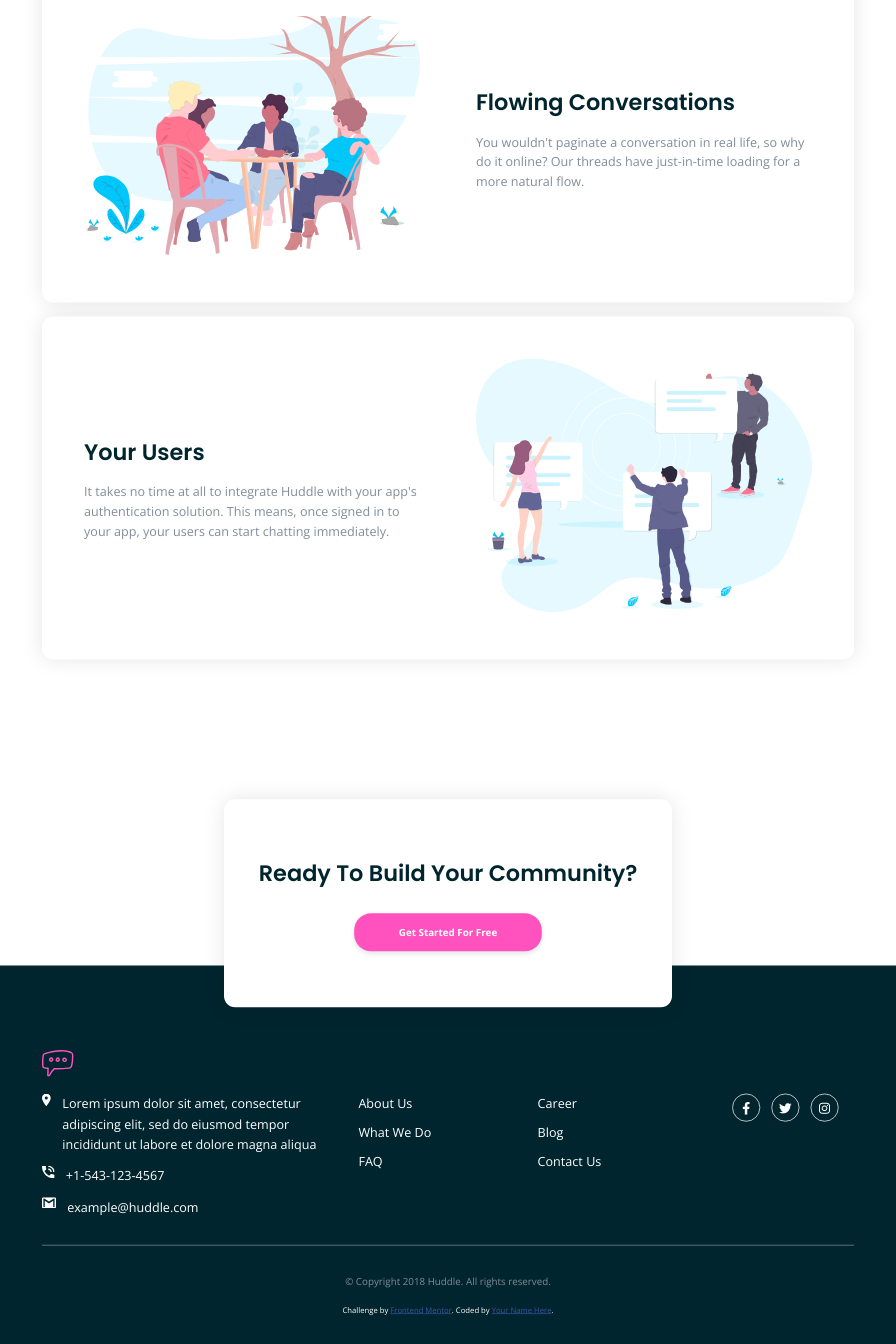
Repository: blordeus/huddle-landing-page
Page: index.html
An editor plug-in stored every save of this project. The page is shown before and after the next save, followed by the edit.
The browser window is 1280 px wide. The pictures show the part of the page from y = 1385 to 3305 px (the page is 3305 px tall), at 70% of full size.

Above is the page before, as saved 2025-07-01 11:21:25.

### index.html
<!DOCTYPE html>
<html lang="en">
<head>
  <meta charset="UTF-8">
  <meta name="viewport" content="width=device-width, initial-scale=1.0">
  <link rel="icon" type="image/png" sizes="32x32" href="./images/favicon-32x32.png">
  <title>Frontend Mentor | Huddle landing page with alternating feature blocks</title>

  <!-- Google Fonts -->
  <link rel="preconnect" href="https://fonts.googleapis.com">
  <link rel="preconnect" href="https://fonts.gstatic.com" crossorigin>
  <link href="https://fonts.googleapis.com/css2?family=Poppins:wght@600&family=Open+Sans:wght@400;700&display=swap" rel="stylesheet">
  <link rel="stylesheet" type="text/css" href="styles.css" />

  <!-- Font Awesome for social icons -->
  <link rel="stylesheet" href="https://cdnjs.cloudflare.com/ajax/libs/font-awesome/6.0.0/css/all.min.css">
</head>

<body>
  <!-- Header -->
  <header class="header">
    <div class="container">
      <div class="header-content">
        <img src="./images/logo.svg" alt="Logo">
        <a href="#" class="btn btn-outline">Try It Free</a>
      </div>
    </div>
  </header>

  <!-- Hero Section -->
  <section class="hero">
    <div class="container">
      <div class="hero-content">
        <div class="hero-text">
          <h1>Build The Community Your Fans Will Love</h1>
          <p>Huddle re-imagines the way we build communities. You have a voice, but so does your audience. Create connections with your users as you engage in genuine discussion.</p>
          <a href="#" class="btn">Get Started For Free</a>
        </div>
        <div class="hero-image">
          <img src="./images/illustration-mockups.svg" alt="Desktop and mobile chat interface showing community conversations">
        </div>
      </div>
    </div>
  </section>

  <!-- Features Section -->
  <section class="features">
    <div class="container">
      <div class="feature">
        <div class="feature-content">
          <h2>Grow Together</h2>
          <p>Generate meaningful discussions with your audience and build a strong, loyal community. Think of the insightful conversations you miss out on with a feedback form.</p>
        </div>
        <div class="feature-image">
          <img src="./images/illustration-grow-together.svg" alt="Illustration of people having meaningful conversations and building community">
        </div>
      </div>

      <div class="feature">
        <div class="feature-content">
          <h2>Flowing Conversations</h2>
          <p>You wouldn't paginate a conversation in real life, so why do it online? Our threads have just-in-time loading for a more natural flow.</p>
        </div>
        <div class="feature-image">
          <img src="./images/illustration-flowing-conversation.svg" alt="Illustration of natural flowing conversation interface with seamless chat threads">
        </div>
      </div>

      <div class="feature">
        <div class="feature-content">
          <h2>Your Users</h2>
          <p>It takes no time at all to integrate Huddle with your app's authentication solution. This means, once signed in to your app, your users can start chatting immediately.</p>
        </div>
        <div class="feature-image">
          <img src="./images/illustration-your-users.svg" alt="Illustration showing easy user authentication and immediate chat access">
        </div>
      </div>
    </div>
  </section>

  <!-- Call to Action -->
  <section class="cta">
    <div class="container">
      <h2>Ready To Build Your Community?</h2>
      <a href="#" class="btn">Get Started For Free</a>
    </div>
  </section>

  <!-- Footer -->
  <footer class="footer">
    <div class="container">
      <a href="#" class="footer-logo">
            <img src="./images/logo.svg" alt="">
          </a>
      <div class="footer-content">
        <div class="footer-info">
          <div class="contact-info">
            <div class="contact-item">
              <img src="./images/icon-location.svg" alt="">
              <p>Lorem ipsum dolor sit amet, consectetur adipiscing elit, sed do eiusmod tempor incididunt ut labore et dolore magna aliqua</p>
            </div>
            <div class="contact-item">
              <img src="./images/icon-phone.svg" alt="">
              <p>+1-543-123-4567</p>
            </div>
            <div class="contact-item">
              <img src="./images/icon-email.svg" alt="">
              <p>example@huddle.com</p>
            </div>
          </div>
        </div>

        <div class="footer-links">
          <a href="#">About Us</a>
          <a href="#">What We Do</a>
          <a href="#">FAQ</a>
        </div>

        <div class="footer-links">
          <a href="#">Career</a>
          <a href="#">Blog</a>
          <a href="#">Contact Us</a>
        </div>

        <div class="social-icons">
          <a href="#" class="social-icon" aria-label="Facebook">
            <i class="fab fa-facebook-f"></i>
          </a>
          <a href="#" class="social-icon" aria-label="Twitter">
            <i class="fab fa-twitter"></i>
          </a>
          <a href="#" class="social-icon" aria-label="Instagram">
            <i class="fab fa-instagram"></i>
          </a>
        </div>
      </div>

      <div class="copyright">
        <p>&copy; Copyright 2018 Huddle. All rights reserved.</p>
      </div>
    </div>

    <p class="attribution">
      Challenge by <a href="https://www.frontendmentor.io?ref=challenge" target="_blank">Frontend Mentor</a>.
      Coded by <a href="#">Your Name Here</a>.
    </p>
  </footer>
</body>
</html>

### styles.css
    * {
      margin: 0;
      padding: 0;
      box-sizing: border-box;
    }

    body {
      font-family: 'Open Sans', sans-serif;
      font-size: 18px;
      line-height: 1.6;
      color: hsl(192, 100%, 9%);
    }

    .container {
      max-width: 1200px;
      margin: 0 auto;
      padding: 0 20px;
    }

    /* Header */
    .header {
      background: hsl(193, 100%, 96%);
      padding: 24px 0;
    }

    .header-content {
      display: flex;
      justify-content: space-between;
      align-items: center;
    }

    .header-content img {
      height: 40px;
    }

    .btn {
      background: hsl(322, 100%, 66%);
      color: white;
      border: none;
      padding: 12px 48px;
      border-radius: 24px;
      font-family: 'Open Sans', sans-serif;
      font-weight: 700;
      font-size: 14px;
      cursor: pointer;
      text-decoration: none;
      display: inline-block;
      transition: opacity 0.3s ease;
      box-shadow: 0 4px 8px rgba(0, 0, 0, 0.1);
    }

    .btn:hover {
      opacity: 0.8;
    }

    .btn-outline {
      background: white;
      box-shadow: 0 4px 8px rgba(0, 0, 0, 0.1);
      color: #00252E;
    }

    .btn-outline:hover {
      color: #808E9A;
    }

    /* Hero Section */
    .hero {
      background: hsl(199, 100%, 96%);
      background-image: url('./images/bg-hero.svg');
      background-size: cover;
      background-position: center;
      padding: 80px 0 120px;
    }

    .hero-content {
      display: grid;
      grid-template-columns: 1fr 1fr;
      gap: 80px;
      align-items: center;
    }

    .hero-text h1 {
      font-family: 'Poppins', sans-serif;
      font-weight: 600;
      font-size: 48px;
      line-height: 1.2;
      margin-bottom: 24px;
      color: hsl(192, 100%, 9%);
    }

    .hero-text p {
      font-size: 18px;
      color: hsl(192, 100%, 9%);
      margin-bottom: 32px;
      line-height: 1.6;
    }

    .hero-image {
      text-align: center;
    }

    .hero-image img {
      max-width: 100%;
      height: auto;
    }

    /* Features Section */
    .features {
      padding: 120px 0;
    }

    .feature {
      display: grid;
      grid-template-columns: 1fr 1fr;
      gap: 80px;
      align-items: center;
      margin-bottom: 20px;
      background: white;
      padding: 60px;
      border-radius: 16px;
      box-shadow: 0 0 30px rgba(0, 0, 0, 0.1);
    }

    .feature:nth-child(even) .feature-content {
      order: 2;
    }

    .feature:nth-child(even) .feature-image {
      order: 1;
    }

    .feature h2 {
      font-family: 'Poppins', sans-serif;
      font-weight: 600;
      font-size: 32px;
      margin-bottom: 16px;
      color: hsl(192, 100%, 9%);
    }

    .feature p {
      color: hsl(208, 11%, 55%);
      line-height: 1.6;
    }

    .feature-image {
      text-align: center;
    }

    .feature-image img {
      max-width: 100%;
      height: auto;
    }

    /* Call to Action */
    .cta {
      text-align: center;
      padding: 80px 0;
      background: white;
      width: 50%;
      margin: 0 auto;
      box-sizing: border-box;
      border-radius: 16px;
      box-shadow: 0 0 30px rgba(0, 0, 0, 0.1);
      position: relative;
      z-index: 2;
      transform: translateY(20%);
    }

    .cta a {
      background: hsl(322, 100%, 66%);
      color: white;
      padding: 16px 64px;
      border-radius: 24px;
      font-family: 'Open Sans', sans-serif;
      font-weight: 700;
      font-size: 14px;
      cursor: pointer;
      text-decoration: none;
      display: inline-block;
      transition: opacity 0.3s ease;
      box-shadow: 0 4px 8px rgba(0, 0, 0, 0.1);

    }

    .cta h2 {
      font-family: 'Poppins', sans-serif;
      font-weight: 600;
      font-size: 32px;
      margin-bottom: 32px;
      color: hsl(192, 100%, 9%);
    }

    /* Footer */
    .footer {
      background: hsl(192, 100%, 9%);
      color: white;
      padding: 120px 0 40px;
    }

    .footer-content {
      display: grid;
      grid-template-columns: 2fr 1fr 1fr 1fr;
      gap: 60px;
      margin-bottom: 40px;
    }

    .footer-logo {
      display: flex;
      align-items: center;
      gap: 8px;
      font-family: 'Poppins', sans-serif;
      font-weight: 600;
      font-size: 24px;
      color: white;
      text-decoration: none;
      margin-bottom: 24px;
    }

    .footer-logo .logo-icon {
      background: white;
      color: hsl(322, 100%, 66%);
    }

    .contact-info {
      display: flex;
      flex-direction: column;
      gap: 16px;
    }

    .contact-item {
      display: flex;
      align-items: flex-start;
      gap: 16px;
    }

    .contact-item i {
      margin-top: 4px;
      width: 16px;
    }

    .footer-links {
      display: flex;
      flex-direction: column;
      gap: 12px;
    }

    .footer-links a {
      color: white;
      text-decoration: none;
      transition: color 0.3s ease;
    }

    .footer-links a:hover {
      color: hsl(322, 100%, 66%);
    }

    .social-icons {
      display: flex;
      gap: 16px;
      justify-content: center;
    }

    .social-icon {
      width: 40px;
      height: 40px;
      border: 1px solid white;
      border-radius: 50%;
      display: flex;
      align-items: center;
      justify-content: center;
      color: white;
      text-decoration: none;
      transition: all 0.3s ease;
    }

    .social-icon:hover {
      color: hsl(322, 100%, 66%);
      border-color: hsl(322, 100%, 66%);
    }

    .copyright {
      text-align: center;
      font-size: 14px;
      color: hsl(208, 11%, 55%);
      padding-top: 40px;
      border-top: 1px solid hsl(208, 11%, 55%);
    }

    .attribution {
      font-size: 11px;
      text-align: center;
      margin-top: 20px;
    }

    .attribution a {
      color: hsl(228, 45%, 44%);
    }

    /* Responsive Design */
    @media (max-width: 768px) {
      .container {
        padding: 0 16px;
      }

      .hero {
        background-image: url('./images/bg-hero.svg');
      }

      .header-content {
        flex-direction: column;
        gap: 20px;
      }

      .hero-content {
        grid-template-columns: 1fr;
        gap: 40px;
        text-align: center;
      }

      .hero-text h1 {
        font-size: 32px;
      }

      .feature {
        grid-template-columns: 1fr;
        gap: 40px;
        padding: 40px 20px;
        text-align: center;
      }

      .feature:nth-child(even) .feature-content,
      .feature:nth-child(even) .feature-image {
        order: unset;
      }

      .footer-content {
        grid-template-columns: 1fr;
        gap: 40px;
        text-align: center;
      }

      .social-icons {
        justify-content: center;
      }

      .cta {
        margin: 0 16px;
        padding: 40px 20px;
      }

      .cta h2 {
        font-size: 24px;
      }
    }

After the next save:
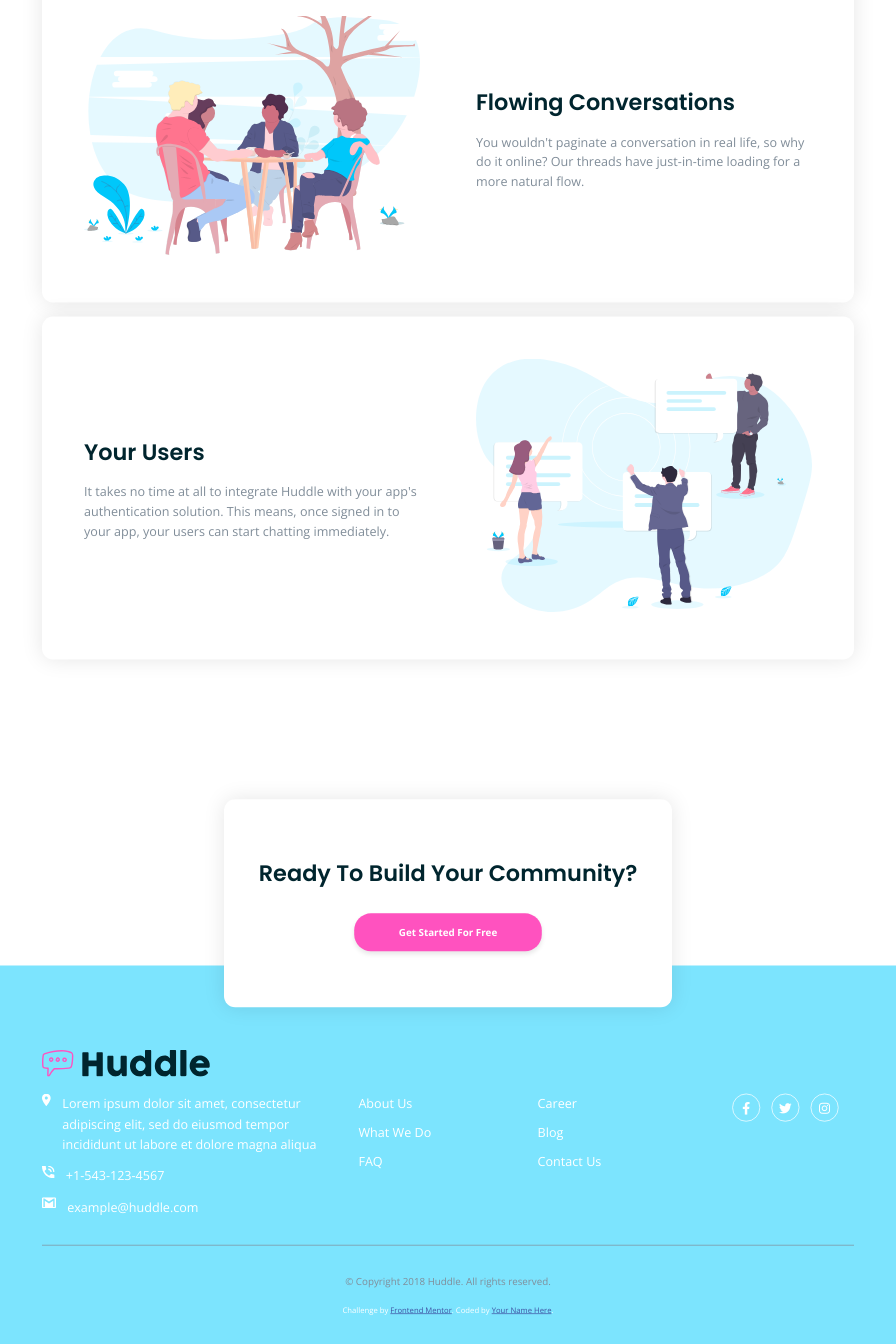
Saved 22 s later.
--- a/styles.css
+++ b/styles.css
@@ -192,7 +192,7 @@
 
     /* Footer */
     .footer {
-      background: hsl(192, 100%, 9%);
+      background: hsl(192, 98%, 74%);
       color: white;
       padding: 120px 0 40px;
     }

After the save that followed:
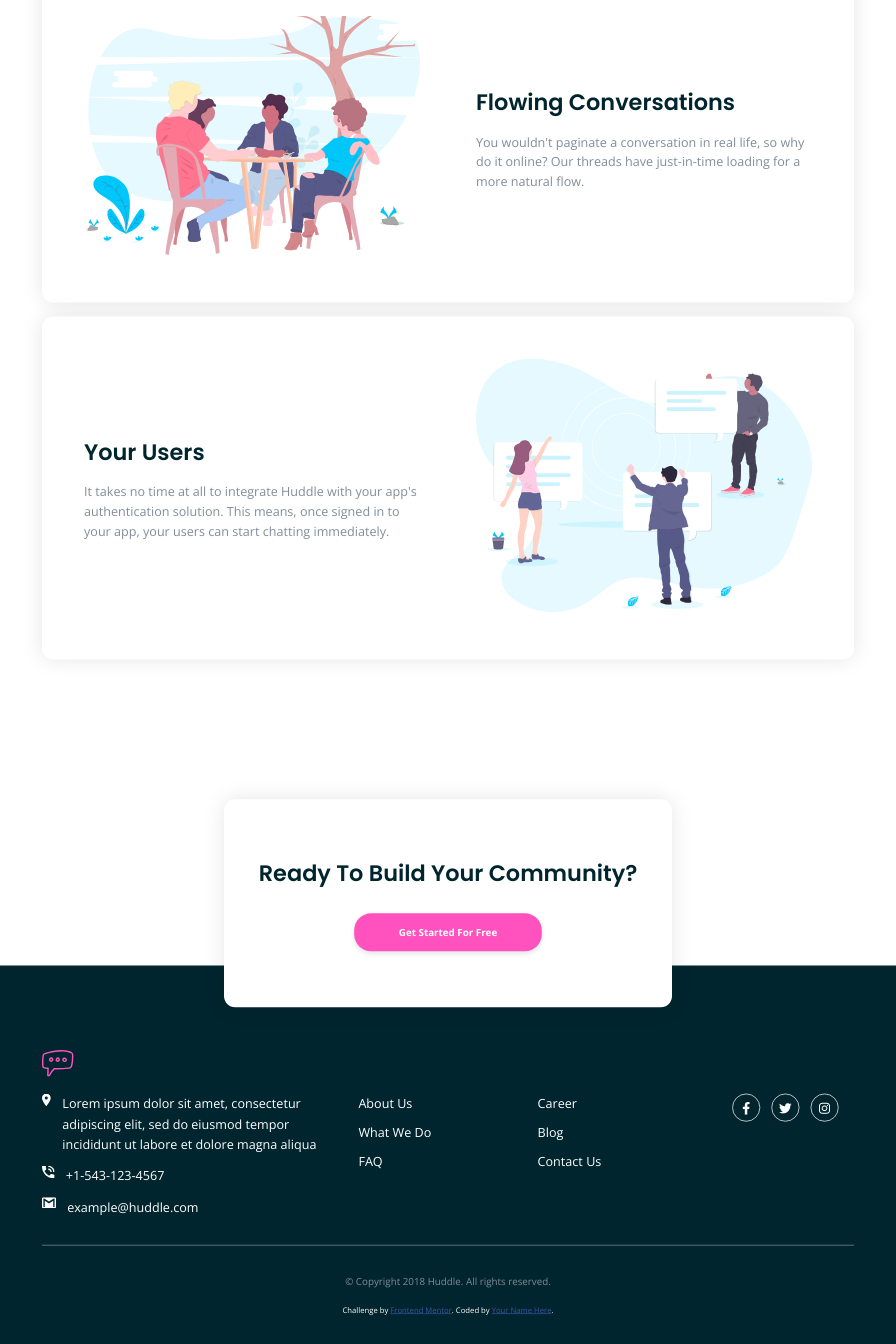
Saved 10 s later.
--- a/styles.css
+++ b/styles.css
@@ -192,7 +192,7 @@
 
     /* Footer */
     .footer {
-      background: hsl(192, 98%, 74%);
+      background: hsl(192, 100%, 9%);
       color: white;
       padding: 120px 0 40px;
     }
